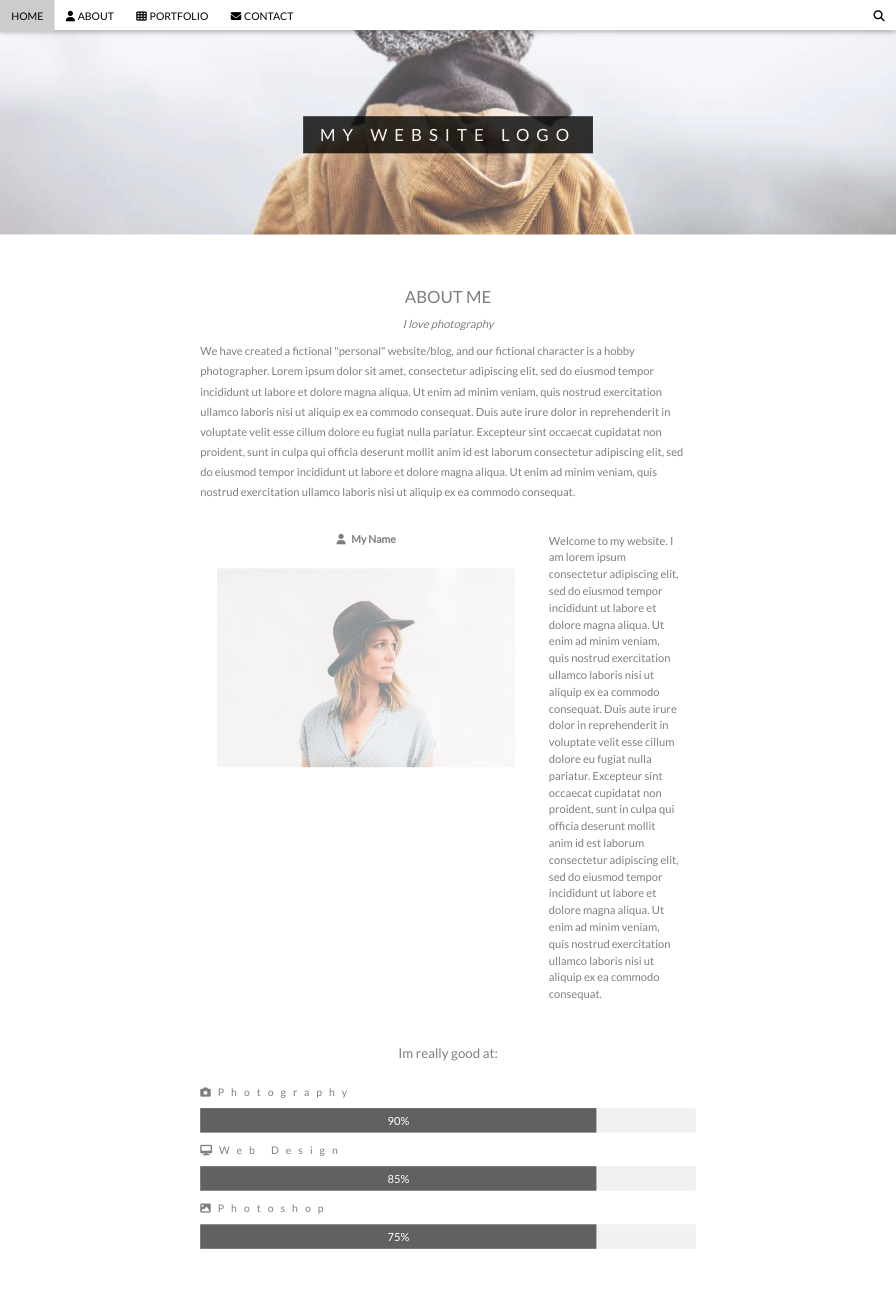
Repository: xd25vn/project-error
Page: index.html
These files come from the project's save history. The page is drawn as it stood at one moment and after the next save; the edit follows.
The browser window is 1280 px wide. The pictures show the whole page, at 70% of full size.

Above is the page before, as saved 2023-09-02 19:04:01.

### index.html
<html lang="en">
<head>
    <meta charset="UTF-8">
    <meta name="viewport" content="width=device-width, initial-scale=1.0">
    <title>TEMPLATE PARALLAX</title>
    <link rel="stylesheet" href="./assets/base.css">
    <link rel="stylesheet" href="./assets/main.css">
    <link rel="stylesheet" href="https://fonts.googleapis.com/css?family=Lato">
    <link rel="stylesheet" href="./assets/font/fontawesome-free-6.4.0-web/fontawesome-free-6.4.0-web/css/all.min.css">
</head>
<body>
    <!--! HEADER -->
    <header>
        <!--? NAV -->
        <ul id="nav">
            <li><a href="#">Home</a></li>
            <li><a href="#"><i class="fa-solid fa-user"></i>About</a></li>
            <li><a href="#"><i class="fa fa-th"></i>Portfolio</a></li>
            <li><a href="#"><i class="fa-solid fa-envelope"></i>contact</a></li>
        </ul>
        <div class="nav-icon-search">
            <i class="fa-solid fa-magnifying-glass"></i>
        </div>
        <!--? NAV -->
    </header>
    <!--! HEADER -->
    <!--& SIDEBAR -->
    <div id="sidebar">
        <div class="sidebar-img-one"></div>
        <div class="sidebar-text-one">
            <span>MY WEBSITE LOGO</span>
        </div>
    </div>
    <!-- & SIDEBAR -->
    <div id="content">
        <div id="about">
            <h3 class="heading-section">ABOUT ME</h3>
            <p class="sub-heading-section">I love photography</p>
            <p class="about-section">We have created a fictional "personal" website/blog, and our fictional character is a hobby photographer. Lorem ipsum dolor sit amet, consectetur adipiscing elit, sed do eiusmod tempor incididunt ut labore et dolore magna aliqua. Ut enim ad minim veniam, quis nostrud exercitation ullamco laboris nisi ut aliquip ex ea commodo consequat. Duis aute irure dolor in reprehenderit in voluptate velit esse cillum dolore eu fugiat nulla pariatur. Excepteur sint occaecat cupidatat non proident, sunt in culpa qui officia deserunt mollit anim id est laborum consectetur adipiscing elit, sed do eiusmod tempor incididunt ut labore et dolore magna aliqua. Ut enim ad minim veniam, quis nostrud exercitation ullamco laboris nisi ut aliquip ex ea commodo consequat.</p>

            <div id="per-dec-one">
                <div class="per-img-one">
                    <div class="heading-per-one">
                        <b><i class="fa fa-user w3-margin-right"></i>My Name</b>
                    </div>
                    <br>
                    <div class="per-img">
                        <img src="./assets/image/per-dec-img/avatar_hat.jpg" alt="AVATER HAT">
                    </div>
                </div>

                <div class="per-text-one">
                    <p>Welcome to my website. I am lorem ipsum consectetur adipiscing elit, sed do eiusmod tempor incididunt ut labore et dolore magna aliqua. Ut enim ad minim veniam, quis nostrud exercitation ullamco laboris nisi ut aliquip ex ea commodo consequat. Duis aute irure dolor in reprehenderit in voluptate velit esse cillum dolore eu fugiat nulla pariatur. Excepteur sint occaecat cupidatat non proident, sunt in culpa qui officia deserunt mollit anim id est laborum consectetur adipiscing elit, sed do eiusmod tempor incididunt ut labore et dolore magna aliqua. Ut enim ad minim veniam, quis nostrud exercitation ullamco laboris nisi ut aliquip ex ea commodo consequat.</p>
                </div>
            </div>

            <div class="rate">
                <div class="rate-heading-one">
                        <p>Im really good at:</p>
                </div>
                <div class="wrapper-rate">
                    <div class="rate-section">
                        <div class="rate-section-text-one">
                            <p><i class="fa-solid fa-camera"></i>Photography</p>
                        </div>
                        <div class="rate-section-bg">
                            <div class="rate-section-sub-bg">
                                <p>90%</p>
                            </div>
                        </div>
                    </div>

                    <div class="rate-section">
                        <div class="rate-section-text-one">
                            <p><i class="fa-sharp fa-solid fa-desktop"></i>Web Design</p>
                        </div>
                        <div class="rate-section-bg">
                            <div class="rate-section-sub-bg">
                                <p>85%</p>
                            </div>
                        </div>
                    </div>

                    <div class="rate-section">
                        <div class="rate-section-text-one">
                            <p><i class="fa-solid fa-image"></i>Photoshop</p>
                        </div>
                        <div class="rate-section-bg">
                            <div class="rate-section-sub-bg">
                                <p>75%</p>
                            </div>
                        </div>
                    </div>

                </div>
            </div>
        </div>

        <div class="portfolio">

        </div>

        <div class="my-work">

        </div>

        <div class="contact">

        </div>

        <div class="map-work">

        </div>
    </div>

    <footer id="footer">

    </footer>
</body>
</html>

### assets/base.css
* {
    margin: 0;
    padding: 0;
    box-sizing: border-box;
}
body {
    background-color: #fff;
    font-family: "Lato", sans-serif;
}

### assets/main.css
header {
    height: 43px;
    width: 100%;
    background-color: #fff;
    box-shadow: 0 0 10px rgba(0, 0, 0, 0.6);
    position: fixed;
    z-index: 1;
}

header #nav {
    display: flex;
    list-style: none;
    align-items: center;
    position: relative;
}

header #nav li {
    padding: 14px 16px;
    display: block;
}

header #nav li i {
    padding-right: 4px;
}

header
#nav
li a {
    text-decoration: none;
    color: #000;
    font-size: 15px;
    text-transform: uppercase;
}

header
#nav
li:hover {
    background: #ccc;
    cursor: pointer;
}

header
.nav-icon-search
i {
    position: absolute;
    top: 0;
    right: 0;
    padding: 14px 16px;
    text-align: center;
}

header .nav-icon-search:hover i {
    background-color: #f44336 !important;
    color: #fff;
    display: block;
    cursor: pointer;
}

#sidebar .sidebar-img-one {
    background: url(../assets/image/sidebar1.jpg) center / cover no-repeat;
    padding-top: calc(27% - 10.18px);
    opacity: 0.7;
    position: relative;
}

#sidebar .sidebar-text-one {
    background-color: #000 !important;
    position: absolute;
    padding: 12px 24px;
    left: 50%;
    transform: translateX(-50%);
    top: 23%;
    opacity: 0.8;
}

#sidebar .sidebar-text-one span {
    color: #fff;
    font-size: 24px;
    letter-spacing: 10;
}

#content #about {
    margin: 0px 270px;
    padding: 64px 16px;
}

#content #about .heading-section {
    margin: 10px 0px;
    font-size: 24px;
    font-weight: 400;
    text-align: center;
    opacity: 0.5;
}

#content #about .sub-heading-section {
    margin: 15px 0px;
    font-style: italic;
    text-align: center;
    opacity: 0.5;
}

#content #about .about-section {
    margin: 15px 0px;
    line-height: 1.8;
    opacity: 0.5;
}

#content #per-dec-one {
    display: flex;
}

#content #per-dec-one .per-img-one {
    padding: 12px 24px;
    text-align: center;
}

#content #per-dec-one .per-img-one .heading-per-one {
    margin: 15px 0px;
    font-size: 15px;
    opacity: 0.5;
}

#content #per-dec-one .per-img-one .heading-per-one i {
    padding-right: 8px;
}

#content #per-dec-one .per-img {
    width: 100%;
}

#content #per-dec-one .per-img img {
    height:  284px;
    width: 426px;
    opacity: 0.5;
}

#content #per-dec-one .per-img-one .per-img img:hover {
    opacity: 1;
}

#content #per-dec-one .per-text-one {
    margin: 15px 0;
    padding: 12px 24px;
    opacity: 0.5;
}

#content #per-dec-one .per-text-one p {
    line-height: 1.5;
}

#content .rate .rate-heading-one {
    margin: 18px 0px;
    padding: 16px 0px;
    text-align: center;
}

#content .rate .rate-heading-one p {
    font-size: 19px;
    opacity: 0.5;
}

.rate .rate-section .rate-section-text-one {
    margin: 15px 0;
}

.rate .rate-section .rate-section-text-one p {
    letter-spacing: 10px;
    font-size: 15px;
    opacity: 0.5;
}

.rate .rate-section .rate-section-bg {
    background-color: #f1f1f1;
    width: 100%;
}

.rate .rate-section .rate-section-bg .rate-section-sub-bg {
    background-color: #616161;
    width: 80%;
    padding: 8px 12px;
    text-align: center;
}

.rate .rate-section .rate-section-bg .rate-section-sub-bg p {
    color: #fff;
}

Loaded but not shown: assets/font/fontawesome-free-6.4.0-web/fontawesome-free-6.4.0-web/css/all.min.css (library)

After the next save:
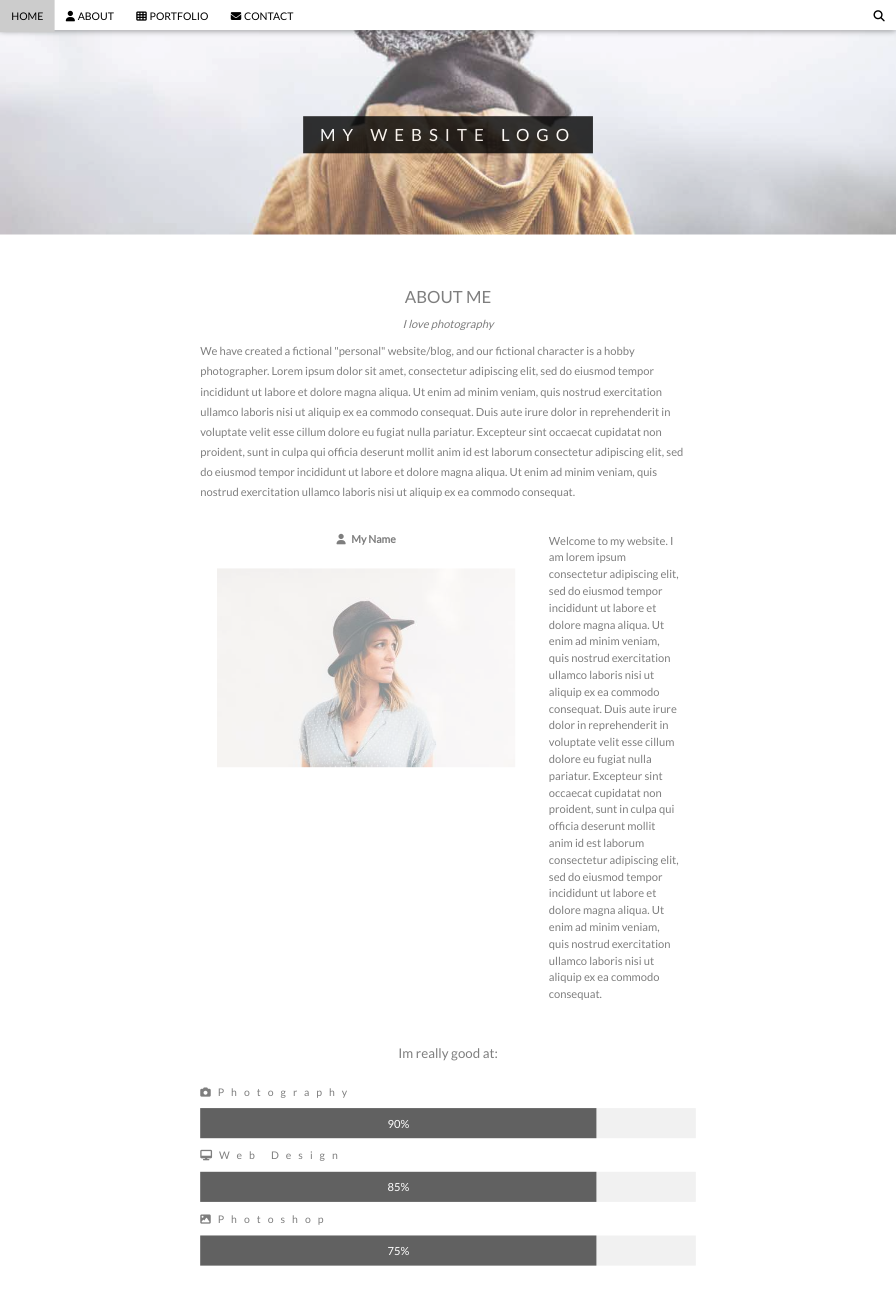
Saved 18 s later.
--- a/assets/main.css
+++ b/assets/main.css
@@ -177,7 +177,7 @@ header .nav-icon-search:hover i {
 .rate .rate-section .rate-section-bg .rate-section-sub-bg {
     background-color: #616161;
     width: 80%;
-    padding: 8px 12px;
+    padding: 12px 18px;
     text-align: center;
 }
 
